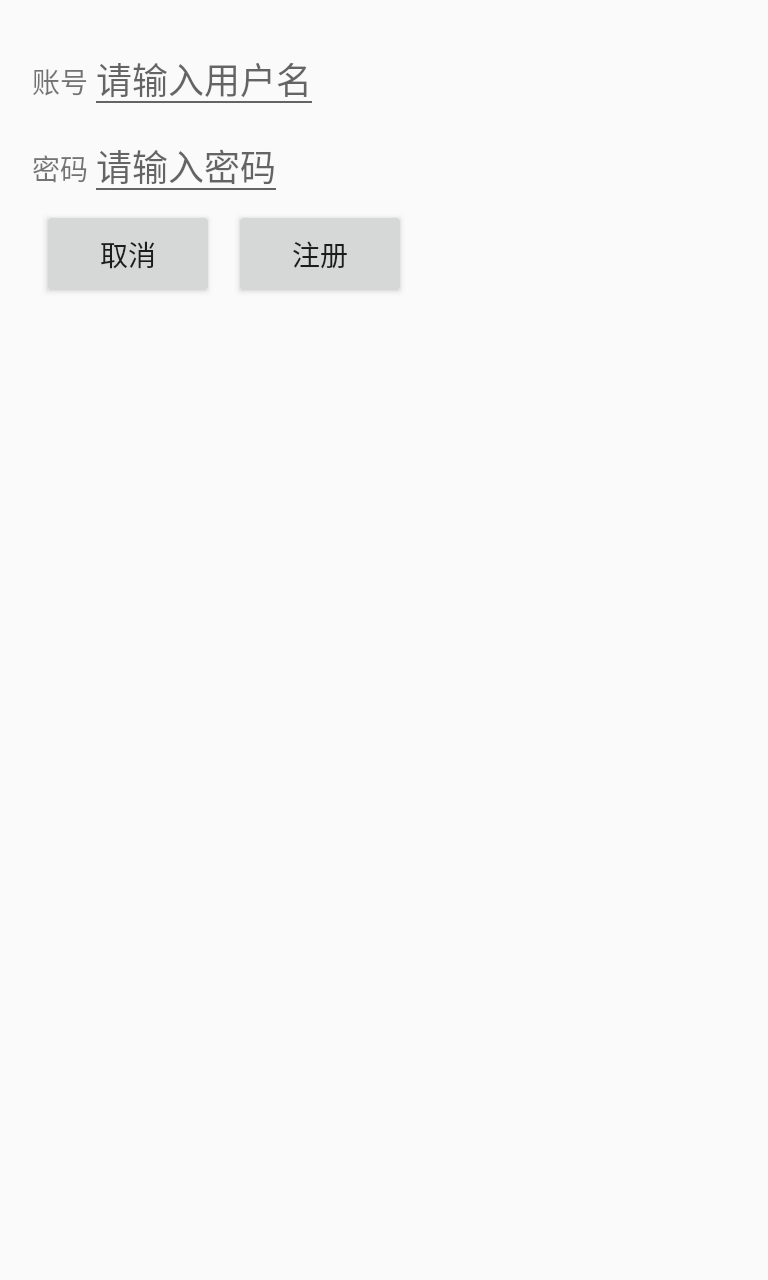
Repository: zzznn/Android_and_java
Layout: work/Day0203/res/layout/activity_main.xml
These files come from the project's save history. The layout is drawn as it stood at one moment and after the next save; the edit follows.
It is drawn on a 768 x 1280 px phone screen (xhdpi) without system bars, with theme AppTheme; the app's code is not run.

Above is the layout before, as saved 2018-01-05 03:25:20.

After the next save:
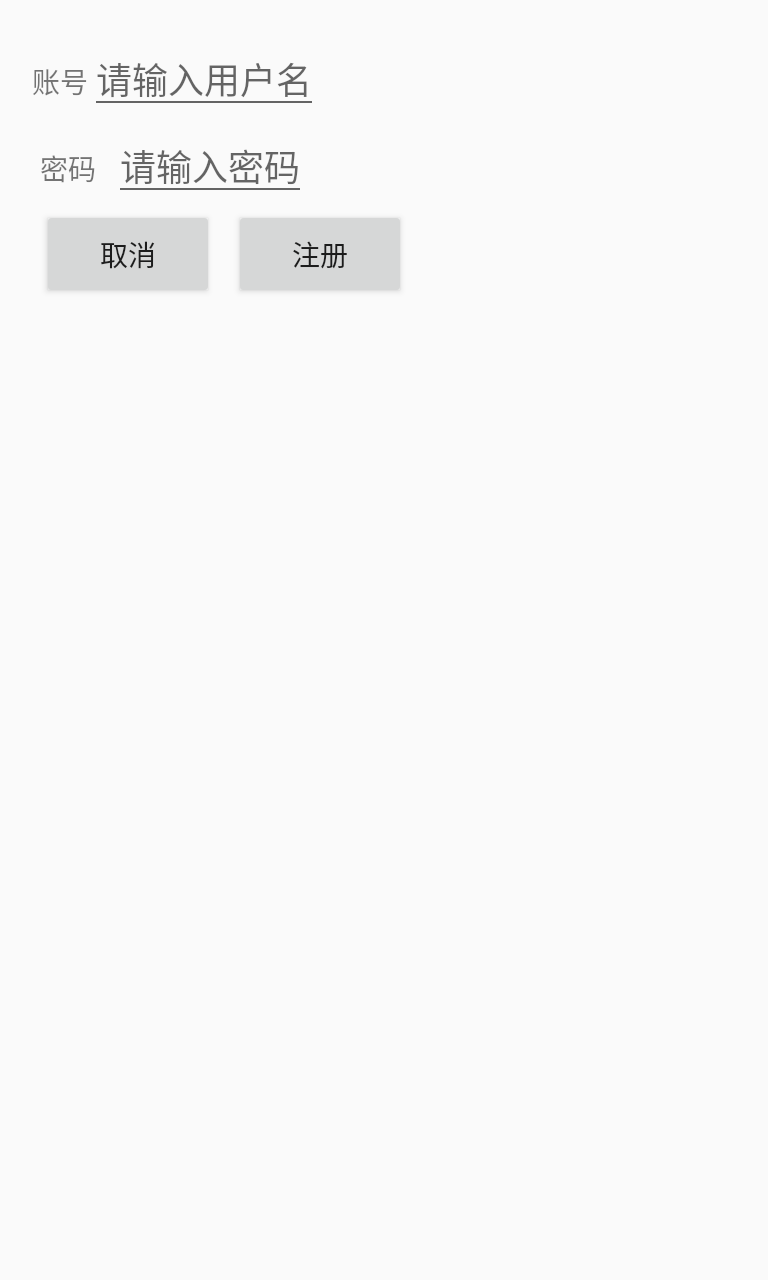
Saved 96 s later.
--- a/work/Day0203/res/layout/activity_main.xml
+++ b/work/Day0203/res/layout/activity_main.xml
@@ -39,6 +39,8 @@
         android:id="@+id/tv_sec"
         android:layout_width="wrap_content"
         android:layout_height="wrap_content"
+		android:layout_marginLeft="4dp"
+        android:layout_marginRight="4dp"
         android:text="密码"/>
 
     <EditText
@@ -46,6 +48,8 @@
         android:layout_width="wrap_content"
         android:layout_height="wrap_content"
         android:inputType="textPassword"
+		android:layout_marginLeft="4dp"
+        android:layout_marginRight="4dp"
         android:hint="请输入密码"
         />
 
